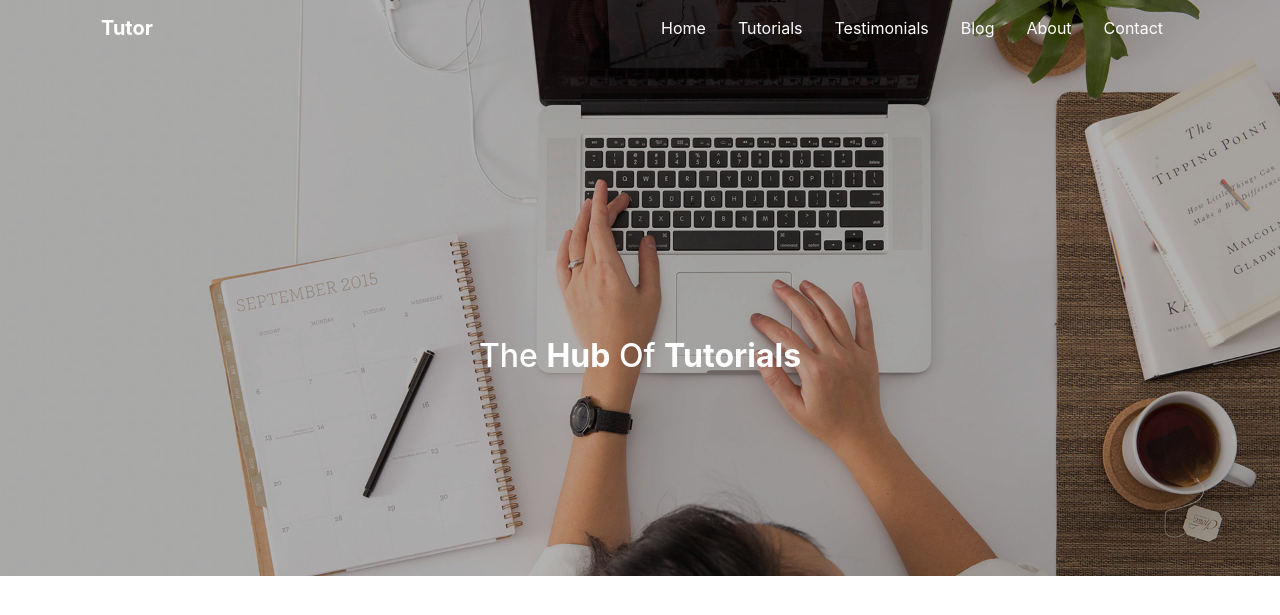
Repository: longvh2003/Tutor
Page: Views/home.html
The author's editor kept a copy of each file at every save. The page is drawn from the files as they stood at one save, then again after the next save.
The browser window is 1280 px wide. The pictures show the whole page.
Some web libraries are served in a nearby version.

Above is the page before, as saved 2020-08-12 16:19:18.

After the next save:
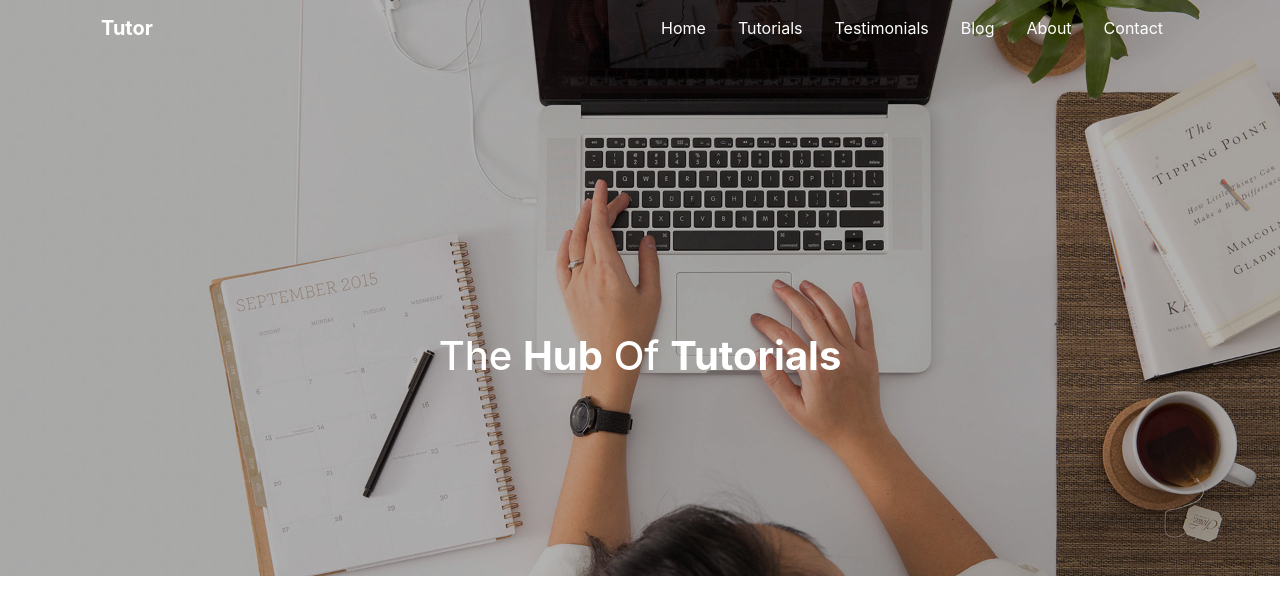
Saved 22 s later.
--- a/Views/home.html
+++ b/Views/home.html
@@ -39,7 +39,7 @@
                 </ul>
             </nav>
             <div class="title-header">
-                <h2 class="text-white">The <strong>Hub</strong> Of <strong>Tutorials</strong></h2>
+                <h1 class="text-white">The <strong>Hub</strong> Of <strong>Tutorials</strong></h1>
             </div>
         </div>
     </section>
